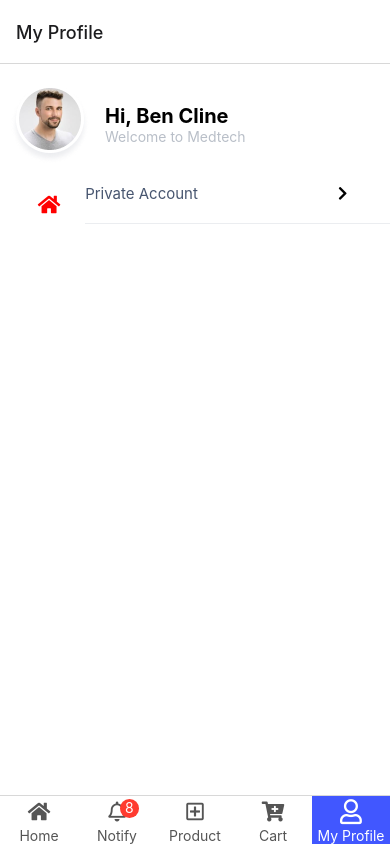
Repository: ntu34543/designReactNative
Screen: /My Profile
These files come from the project's save history. The screen is drawn as it stood at one moment and after a run of saves; the edit follows.
The app was drawn by React Native's web renderer in a window 390 px wide. The project was rebuilt for these pictures with package versions that can differ from the ones it lists, and the page was loaded fresh each time. Also part of the build but not shown: page/DiabetesCare.js, page/Notify.js, page/Cart.js.

Above is the screen before, as saved 2022-11-02 10:55:17.

After the next 3 saves:
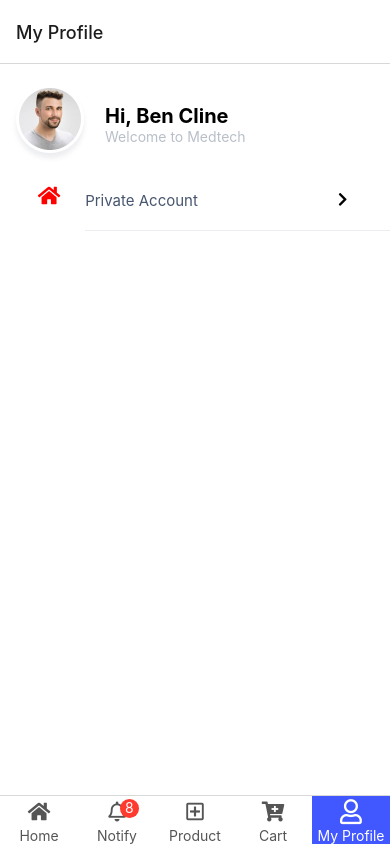
The 3 saves are shown as one change because they came seconds apart.
The last was saved 26 s later.
--- a/page/Profile.js
+++ b/page/Profile.js
@@ -97,5 +97,6 @@ const styles = StyleSheet.create({
   },
   iconHome: {
     marginLeft: 30,
+    marginBottom: 30,
   }
 });
